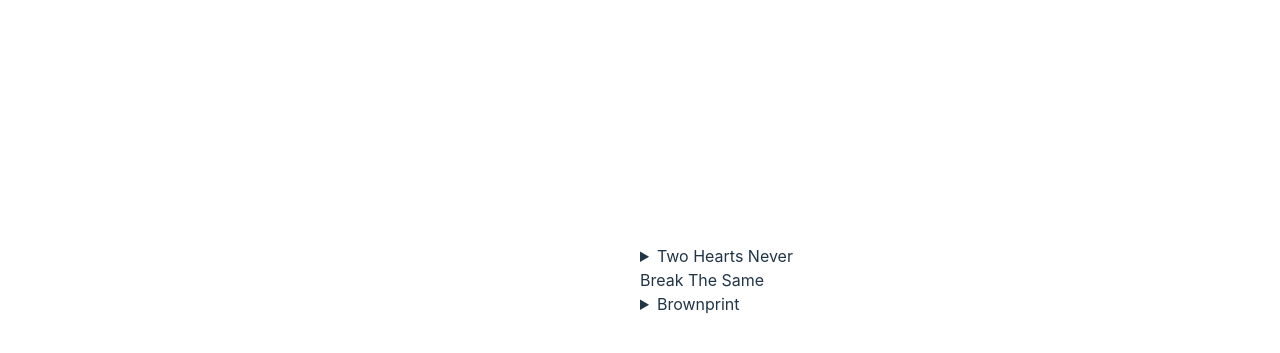
Repository: GavinPahal/my_app
Page: / (app in react/)
An editor plug-in stored every save of this project. The page is shown before and after the next save, followed by the edit.
The browser window is 1280 px wide. The pictures show the whole page.
The project was rebuilt for these pictures with package versions that can differ from the ones it lists, and the page was loaded fresh each time. Also part of the build but not shown: react/vite.config.js.

Above is the page before, as saved 2024-09-14 11:19:26.

### react/src/App.jsx
import { useState } from 'react'
import ap from '/Untitled-34.jpg'
import './App.css'

function App() {
  const [count, setCount] = useState(0)

  return (
    <>

   <div className='album'>
      <details name="reqs">
  <summary>Two Hearts Never Break The Same</summary>
  <ol>
    <li>All Night(Live)</li>
    <li>Hills</li>
    <li>SummerHigh</li>
    <li>Wo Noor</li>
    <li>Dil Nu</li>
  </ol>
</details>
<details name="reqs">
  <summary>Brownprint</summary>
  <ol>
    <li>Brownprint</li>
    <li>315</li>
    <li>Old Money</li>
    <li>Losing Myself</li>
    <li>Distance</li>
    <li>After Midnight</li>
    <li>Bora Bora</li>
    <li>Sweet Flower</li>
    <li>To Be Contuined</li>
  </ol>
</details>
</div>
    </>
  )
}

export default App

### react/src/App.css
.image{
  display: flex;
  padding-top: 10rem;
}


.album{
display: flex;
flex-direction: column;
justify-content:center;
padding-left: 40rem;
padding-bottom: 10rem;
padding-right: 30rem;
}

Loaded but not shown: react/index.html (common file); react/src/main.jsx (common file); react/src/index.css (common file)

After the next save:
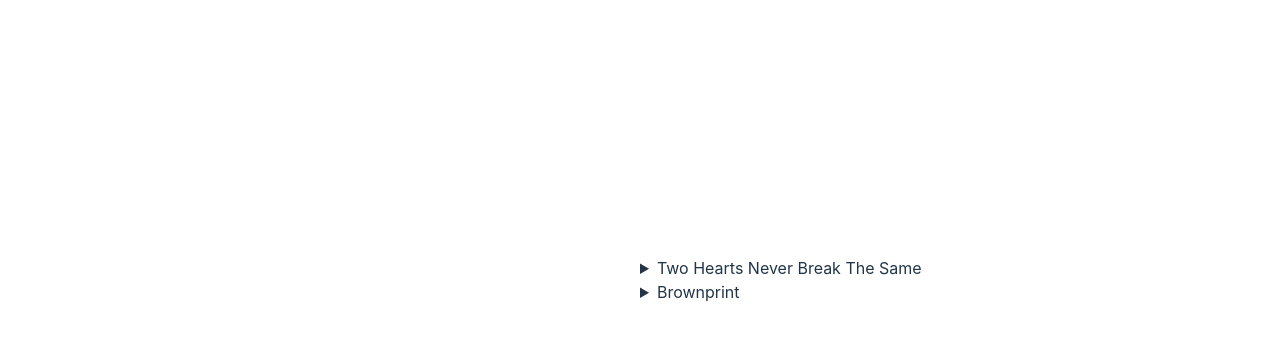
Saved 4 s later.
--- a/react/src/App.css
+++ b/react/src/App.css
@@ -10,5 +10,5 @@
 justify-content:center;
 padding-left: 40rem;
 padding-bottom: 10rem;
-padding-right: 30rem;
+padding-right: 20rem;
 }
